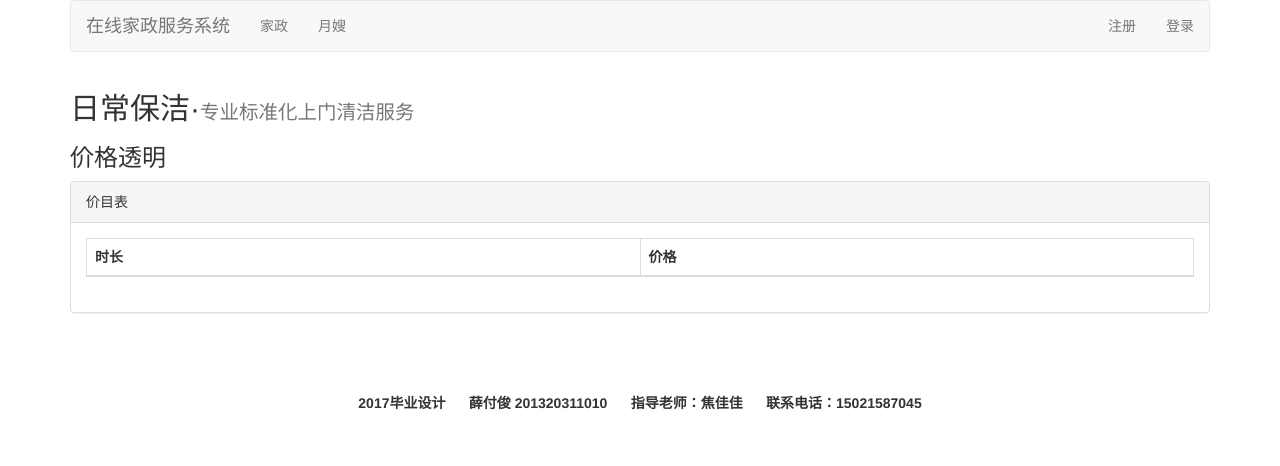
Repository: ELeonCXFJ/MyEclipseWS
Page: http://localhost/MyWeb/jsps/product/keeper/dailywork.jsp
An editor plug-in stored every save of this project. The page is shown before and after the next save, followed by the edit.
The browser window is 1280 px wide. The pictures show the whole page.
The page is served by Tomcat 9. Nobody is signed in. The application's start-up code is not run. Other server files are loaded and not shown.

Above is the page before, as saved 2017-03-21 05:00:43.

### MyWeb/WebRoot/jsps/product/keeper/dailywork.jsp
<%@ page trimDirectiveWhitespaces="true" language="java" import="java.util.*" pageEncoding="UTF-8"%>
<%@ taglib prefix="c" uri="http://java.sun.com/jsp/jstl/core" %>

<!DOCTYPE html>
<html>
<head>
   <meta charset="utf-8">
   <title>日常保洁</title>
   <script src="<c:url value='/vendor/jquery/jquery.min.js'/>"></script>
   <script src="<c:url value='/vendor/bootstrap/js/bootstrap.min.js'/>"></script>
   <link rel="stylesheet" href="<c:url value='/vendor/bootstrap/css/bootstrap.min.css'/>" />

</head>
<body>

<div class="container">
	<div class="row clearfix">
	<c:import url="/top.jsp" />

		<div class="col-lg-12 col-md-12 col-xs-12 col-sm-12">
			<h2>日常保洁·<small>专业标准化上门清洁服务</small></h2>
			<h3>价格透明</h3>
			<div class="panel panel-default">
				<div class="panel-heading">
					价目表
				</div>
				<div class="panel-body">
					<table class="table table-bordered">
						<thead>
							<tr>
								<th>时长</th>
								<th>价格</th>
							</tr>
						</thead>
					</table>
				</div>
			</div>
		</div>

	</div>
</div>	<!-- container -->
	<c:import url="/bottom.jsp"></c:import>
</body>
</html>

### MyWeb/WebRoot/top.jsp
<%@ page language="java" import="java.util.*" pageEncoding="UTF-8"%>
<%@ taglib prefix="c" uri="http://java.sun.com/jsp/jstl/core" %>

<!DOCTYPE html>
<html>
<head>
   <meta charset="utf-8">
   <title>导航栏</title>
</head>
<body>

<div class="container" align="center">
	<div class="row clearfix">
		<div class="col-lg-12 col-md-12 col-xs-12 col-sm-12">
			<nav class="navbar navbar-default" role="navigation">
				<div class="navbar-header">
					 <button type="button" class="navbar-toggle" data-toggle="collapse" data-target="#bs-example-navbar-collapse-1"> <span class="sr-only">Toggle navigation</span><span class="icon-bar"></span><span class="icon-bar"></span><span class="icon-bar"></span></button> <a class="navbar-brand" href="<c:url value='/index.jsp'/>">在线家政服务系统</a>
				</div>
				<div class="collapse navbar-collapse" id="bs-example-navbar-collapse-1">
					<ul class="nav navbar-nav">
						<li >
							 <a href="#">家政</a>
						</li>
						<li>
							 <a href="#">月嫂</a>
						</li>
					</ul>
					<ul class="nav navbar-nav navbar-right">
					<c:choose>
						<c:when test="${empty sessionScope.sessionUser }">
							<li>
								 <a href="<c:url value='/jsps/user/register.jsp'/>">注册</a>
							</li>
							<li>
								<a href="<c:url value='/jsps/user/login.jsp' />">登录</a>
							</li>
						</c:when>

						<c:otherwise>
							<li>
								 <a href="<c:url value='/OrderServlet?method=getMyOrder'/>">我的订单</a>
							</li>
							<li>
								 <a href="<c:url value='/jsps/user/pwd.jsp'/>">修改密码</a>
							</li>
							<li>
								 <a href="#">购物车</a>
							</li>
							<li>
								<a href="<c:url value="/UserServlet?method=exit"/>">退出</a>
							</li>
						</c:otherwise>
					</c:choose>
					</ul>
				</div>
			</nav>
		</div>
	</div>
</div>
</body>

### MyWeb/WebRoot/bottom.jsp
<%@ page language="java" import="java.util.*" pageEncoding="UTF-8"%>
<%@ taglib prefix="c" uri="http://java.sun.com/jsp/jstl/core" %>

<!DOCTYPE html>
<html>
<head>
   <meta charset="utf-8">
   <title>页脚</title>
   <link rel="stylesheet" href="./vendor/bootstrap/css/bootstrap.min.css">
   <script src="./vendor/bootstrap/js/bootstrap.min.js"></script>
</head>
<body>

	<div align="center">
		<label for=“bottom"></br></br></br>2017毕业设计&nbsp;&nbsp;&nbsp;&nbsp;&nbsp;&nbsp;薛付俊 201320311010&nbsp;&nbsp;&nbsp;&nbsp;&nbsp;&nbsp;指导老师：焦佳佳&nbsp;&nbsp;&nbsp;&nbsp;&nbsp;&nbsp;联系电话：15021587045</label>
	</div>
	<div style="display:none;">
		<label for="hide">bootstrapvalidator引用自：https://github.com/nghuuphuoc/bootstrapvalidator</label>
	</div>
</body>

After the next save:
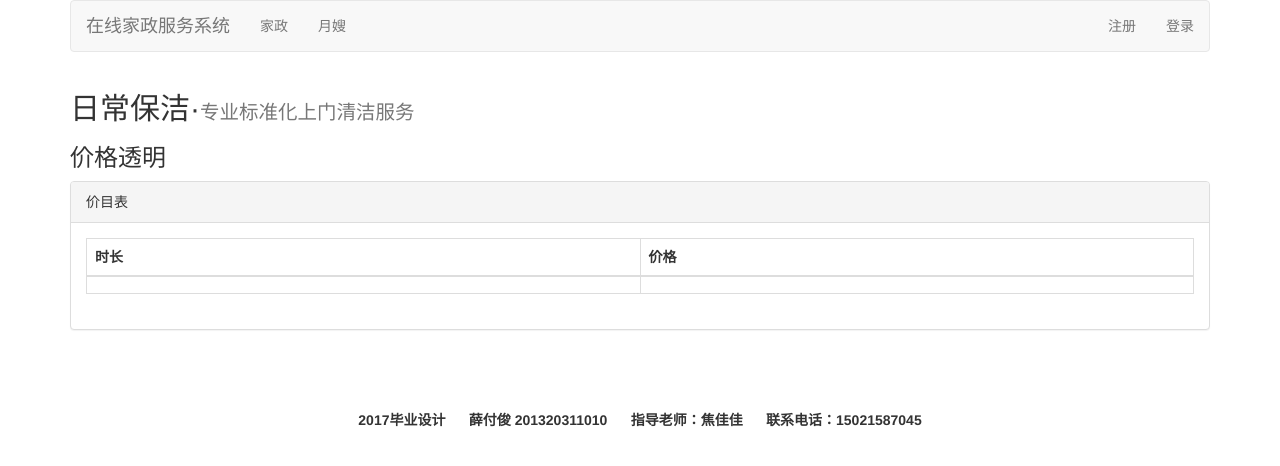
Saved 26 s later.
--- a/MyWeb/WebRoot/jsps/product/keeper/dailywork.jsp
+++ b/MyWeb/WebRoot/jsps/product/keeper/dailywork.jsp
@@ -32,6 +32,9 @@
 								<th>价格</th>
 							</tr>
 						</thead>
+						<tr>
+							<td></td>
+						</tr>
 					</table>
 				</div>
 			</div>
